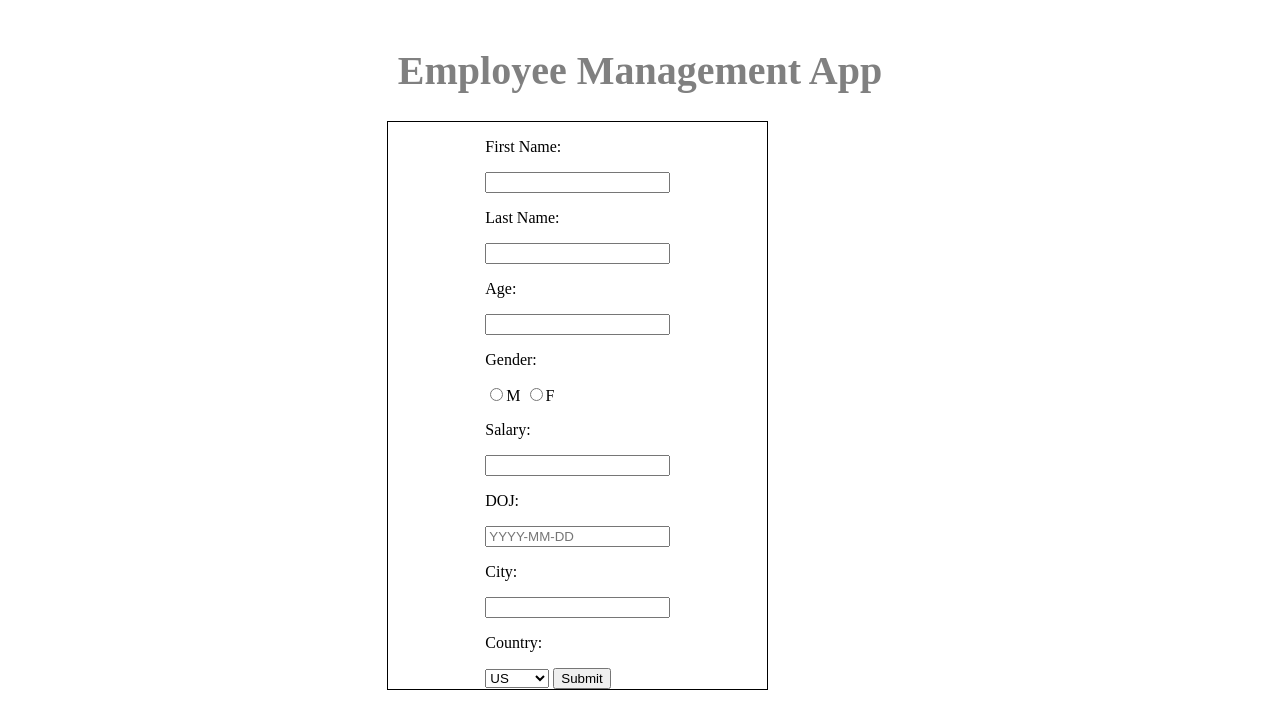
Repository: SaumyaGuptaTechnokrat/Employee_management
Page: http://localhost/Employee/index.jsp
The author's editor kept a copy of each file at every save. The page is drawn from the files as they stood at one save, then again after the next save.
The browser window is 1280 px wide. The pictures show the whole page.
The page is served by Tomcat 9. Other server files are loaded and not shown.

Above is the page before, as saved 2023-02-10 17:30:54.

### Employee/src/main/webapp/index.jsp
<%@ page language="java" contentType="text/html; charset=ISO-8859-1"
    pageEncoding="ISO-8859-1"%>
<!DOCTYPE html>
<html>
<head>
<meta charset="ISO-8859-1">
<title>Insert title here</title>

</head>
<body>
<h1 style="text-align:center;padding-top:20px;color:gray;font-size:250%;">Employee Management App</h1>
<div style="margin:0% 30%;width:30%;border:1px black solid;display:grid;justify-content:center">
<form action="addRecord.jsp" method="post" >

		<p>First Name:</p><input name="fName" type="text"><br>
		<p>Last Name:</p><input name="lName" type="text"><br>
		<p>Age:</p><input name="age" type="number"><br>
		<p>Gender:</p><input name="Gender" type="radio" value="Male">M
		<input type="radio" name="Gender" value="Female">F<br>
		<p>Salary:</p><input name="salary" type="text"><br>
		<p>DOJ:</p><input name="Doj" placeholder="YYYY-MM-DD" type="text"><br>
		<p>City:</p><input name="City" type="text"><br>
		<p>Country:</p><select name="Country">
		<option value="US">US<option/>
		<option value="US">INDIA<option/>
		<option value="US">UK<option/>
		<option value="US">JAPAN<option/>
		</select>
		<input type="button" value="Submit">
</form>
	</div>

</body>
</html>

After the next save:
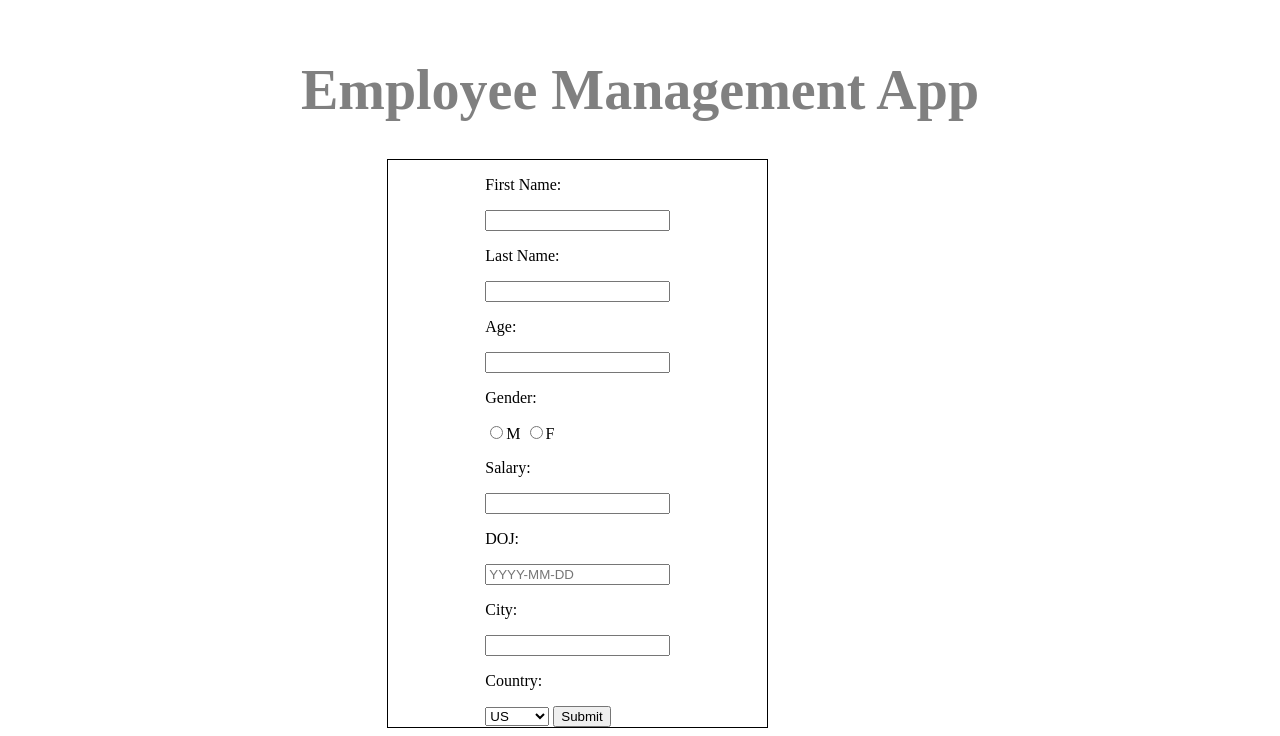
Saved 7 s later.
--- a/Employee/src/main/webapp/index.jsp
+++ b/Employee/src/main/webapp/index.jsp
@@ -8,7 +8,7 @@
 
 </head>
 <body>
-<h1 style="text-align:center;padding-top:20px;color:gray;font-size:250%;">Employee Management App</h1>
+<h1 style="text-align:center;padding-top:20px;color:gray;font-size:350%;">Employee Management App</h1>
 <div style="margin:0% 30%;width:30%;border:1px black solid;display:grid;justify-content:center">
 <form action="addRecord.jsp" method="post" >
 
